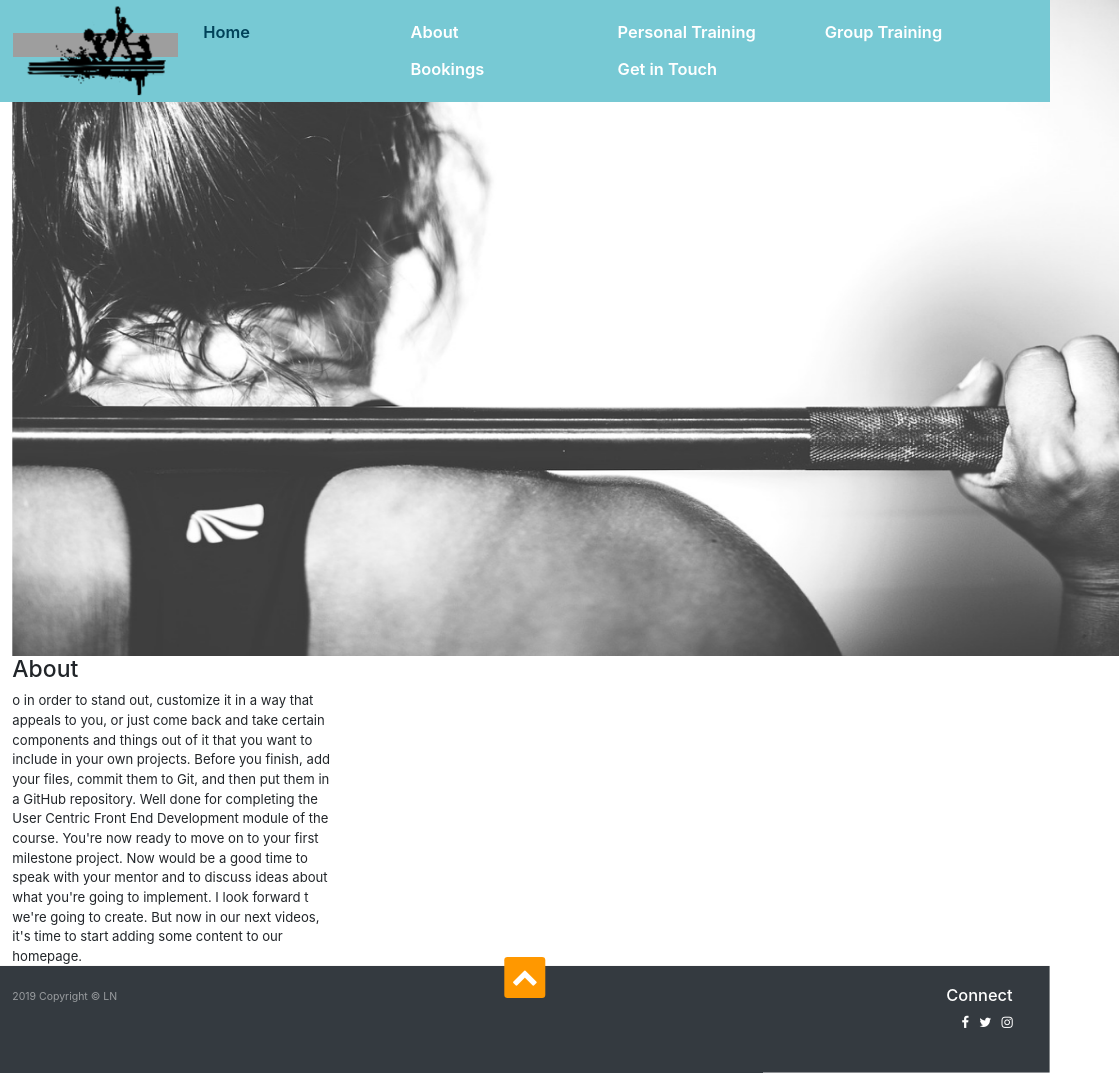
Repository: murphya14/Fitness-webpage
Page: index.html
The author's editor kept a record of every edit. The page is drawn from the files as they stood at one moment, then again after the next edit.
The browser window is 1280 px wide. The page is 1365 px wide, so the pictures cover 1365 px, including what lies to the right of the window. The pictures show the whole page, at 82% of full size.
Pictures or frames that could not be fetched are drawn as grey boxes.

Above is the page before.

### index.html
<!DOCTYPE html>
<html lang="en">

<head>
  <meta charset="UTF-8">
  <meta name="viewport" content="width=device-width, initial-scale=1.0">
  <meta http-equiv="X-UA-Compatible" content="ie=edge">
  <link rel="stylesheet" href="assets/css/style.css" />
  <link rel="stylesheet" href="https://stackpath.bootstrapcdn.com/bootstrap/4.3.1/css/bootstrap.min.css" <link rel="stylesheet" href="https://stackpath.bootstrapcdn.com/font-awesome/4.7.0/css/font-awesome.min.css" type="text/css" />
  <link rel="shortcut icon" type="image/x-icon" href="assets/favicon.ico">
  <link rel="stylesheet" href="https://cdnjs.cloudflare.com/ajax/libs/font-awesome/4.7.0/css/font-awesome.min.css">
  <title>Home</title>
</head>

<body>



  <header>
    <!-- Logo and Nav bar-->
    <!-- Used help from Stack overflow: https://stackoverflow.com/questions/23949804/how-to-change-link-color-bootstrap-->


    <nav class="navbar navbar-expand-lg navbar-custom  fixed-top navbar-light topnav">
      <div><a class="logo container-fluid" href="index.html">
          <img src="assets/images/logo.png" alt="">
        </a></div>


      <div>
        <div >
        <ul class="nav justify-content-center">

          <li class="nav-item col-3 col-sm-3">
            <a class="nav-link active " href="#">Home</a>
          </li>
          <li class="nav-item col-3 col-sm-3">
            <a class="nav-link" href="#">About</a>
          </li>
          <li class="nav-item col-3 col-sm-3 ">
            <a class="nav-link" href="#">Personal Training</a>
            <li class="nav-item col-3 col-sm-3">
              <a class="nav-link" href="#">Group Training</a>
            </li>
            <li class="nav-item col-3 col-sm-3">
              <a class="nav-link" href="#">Bookings</a>
            </li>
            <li class="nav-item col-3 col-sm-3">
              <a class="nav-link" href="#">Get in Touch</a>
            </li>
        </ul>
      </div>
</div>


      <select id="select">
    <option value="index.html" selected="selected">Home</div>
    <option value="about.html">About</option>
    <option value="training.html">Personal Training</option>
    <option value="group-training">Group Training</option>
    <option value="get-in-touch">Get in Touch</option>
  </select>

    </nav>


  </header>


  <div>
    <section class="section">
      <section class="container-fluid">

        <div class="row">
          <div class="col-12 main-image">
            <img src="assets/images/home-pic.jpg" alt="Woman holding barbell">
            <div class="image-text">LN Fitness</div>
          </div>
        </div>

        <div class="row">
          <div class="col-md-4">
            <h3 class="section-heading uppercase">About</h3>
            o in order to stand out, customize it in a way that appeals to you, or just come back and take certain components and things out of it that you want to include in your own projects. Before you finish, add your files, commit them to Git, and then put them
            in a GitHub repository. Well done for completing the User Centric Front End Development module of the course. You're now ready to move on to your first milestone project. Now would be a good time to speak with your mentor and to discuss ideas
            about what you're going to implement. I look forward t we're going to create. But now in our next videos, it's time to start adding some content to our homepage.
          </div>

        </div>
      </section>
  </div>







  <footer id="footer" class="container-fluid py-4 bg-dark text-white-50">
    <div class="row">

      <div class="col-sm-4 text-footer">
        <small>2019 Copyright &copy; LN</small></div>

      <div class="col-sm-4 "><a id="button"></a></div>


<div class="col-sm-4">


        <div class="footer-link">
          <h5 class="uppercase general-sub">Connect</h5>
          <ul class="list-inline social-links">
            <li class="list-inline-item">
              <a target="_blank" href="#">
                            <i class="fa fa-facebook" aria-hidden="true"></i>
                            <span class="sr-only">Facebook</span>
                        </a>
            </li>
            <li class="list-inline-item">
              <a target="_blank" href="#">
                            <i class="fa fa-twitter" aria-hidden="true"></i>
                            <span class="sr-only">Twitter</span>
                        </a>
            </li>


            <li class="list-inline-item">
              <a target="_blank" href="#">
                            <i class="fa fa-instagram" aria-hidden="true"></i>
                            <span class="sr-only">Instagram</span>
                        </a>
            </li>

          </ul>
        </div>

</div>

  </footer>


  <!--------------Back to top button created with help from https://www.templatemonster.com/blog/back-to-top-button-css-jquery/--->
  <script src="https://code.jquery.com/jquery-3.4.1.slim.min.js"></script>
  <script src="https://cdnjs.cloudflare.com/ajax/libs/popper.js/1.15.0/umd/popper.min.js"></script>
  <script src="https://stackpath.bootstrapcdn.com/bootstrap/4.3.1/js/bootstrap.min.js"></script>


  <script>
    jQuery(document).ready(function() {

      var btn = $('#button');

      $(window).scroll(function() {
        if ($(window).scrollTop() > 300) {
          btn.addClass('show');
        }
        else {
          btn.removeClass('show');
        }
      });

      btn.on('click', function(e) {
        e.preventDefault();
        $('html, body').animate({ scrollTop: 0 }, '300');
      });

    });
  </script>




</body>

</html>

### assets/css/style.css
/*----------------------------------------------- Colours*/

.nav-link {
    color: white;
}

.active {
    color: #014259 ;
}

.navbar {
    background-color: #77C9D4;

}


li a:hover {
    color: #f7ce3e;
}

/*--------------------------------------------- General*/

body {font-size: 17px;
    font-family: "arial", sans-serif;
}

.center {
  display: block;
  margin-left: auto;
  margin-right: auto;
  width: 50%;
}


.inline-block {
    display: inline-block;
}

.main-image {width:100%;
    height:100%;
    padding-left:0;
}

.image-text {
  position: absolute;
  top: 8px;
  right: 16px;
  z-index: 1000;
  color: blue;
}

/*--------------------------------------------- Nav bar*/

nav ul {
    padding: 8px;
    margin-right: 0;
    display: block;
    font-size: 20px;
    font-weight: 600;

}

.logo {
    position: static;
    background: url("../images/rosie.jpg");
    background-position: center;
    background-repeat: no-repeat;
    padding-top: 10px;
    padding-left: 10px;
    min-height: 100px;
    transition: all .5s ease-in-out;
    -moz-transition: all .5s ease-in-out;
    -webkit-transition: all .5s ease-in-out;
    height: 10%;
    width: 25%;
}

.header {
    position: fixed;
    top: 0;
    left: 0;
    right: 0;
    background-color: #e84610;
    padding: 15px 25px;
}

nav select {
    display: none;
    background-color: #77C9D4;
    color: white;
    border: 1px solid #778899;
   position: relative;
   cursor: pointer;
   top: 100%;
  left: 0;
  right: 0;
  z-index: 99;

}

#select {color: #f7ce3e;
    background-color:  #014259;
}

/*--------------------------------------------- footer*/

#button {
  text-align: center;
  display: inline-block;
  background-color: #FF9800;
  width: 50px;
  height: 50px;
  border-radius: 4px;
  bottom: 10px;
  right: 30px;
  transition: background-color .3s;
  z-index: 1000;
  position: relative;
   left: 50%;

     transform: translate(-50%,-50%);


}


#button:hover {
  cursor: pointer;
  background-color: #333;
}
#button:active {
  background-color: #555;
}

#button::after {
  content: "\f077";
  font-family: FontAwesome;
  font-weight: normal;
  font-style: normal;
  font-size: 2em;
  line-height: 50px;
  color: #fff;
}

.footer-link
{color: white;
text-align: right;

    float: none;
    padding-right: 30px;
    font-size:33;
    font-weight: 500;
  padding-bottom: 10px;
  left: 80%;
}

footer a {color:white;}

 footer  a:hover {
    color: #f7ce3e;
}

.text-footer {float: left;
padding-bottom: 5px;
text-align: left;

}

#footer { min-height: 120px;
    margin: 0;}



/*------------- Responsive design*/

/* Extra small devices (phones, 600px and down) */


@media only screen and (max-width: 600px) {

/*------------------------------------- Changing the menu to a select bar for smaller screens*/
  .topnav {display: none;
    }
    nav select {
        display: inline-block;
        width: 55%;
        height: 25%;
          border-radius: 4px;
        position: left;
    }
    .nav-item {
        display: none;
    }
    .logo {
        position: right;
        height: 80%;
    }
}






/* Small devices (portrait tablets and large phones, 600px and up) */

@media only screen and (min-width: 600px) {}

/* Medium devices (landscape tablets, 768px and up) */

@media only screen and (min-width: 768px) {
    ...
}

/* Large devices (laptops/desktops, 992px and up) */

@media only screen and (min-width: 992px) {
    ...
}

/* Extra large devices (large laptops and desktops, 1200px and up) */

@media only screen and (min-width: 1200px)
}

After the next edit:
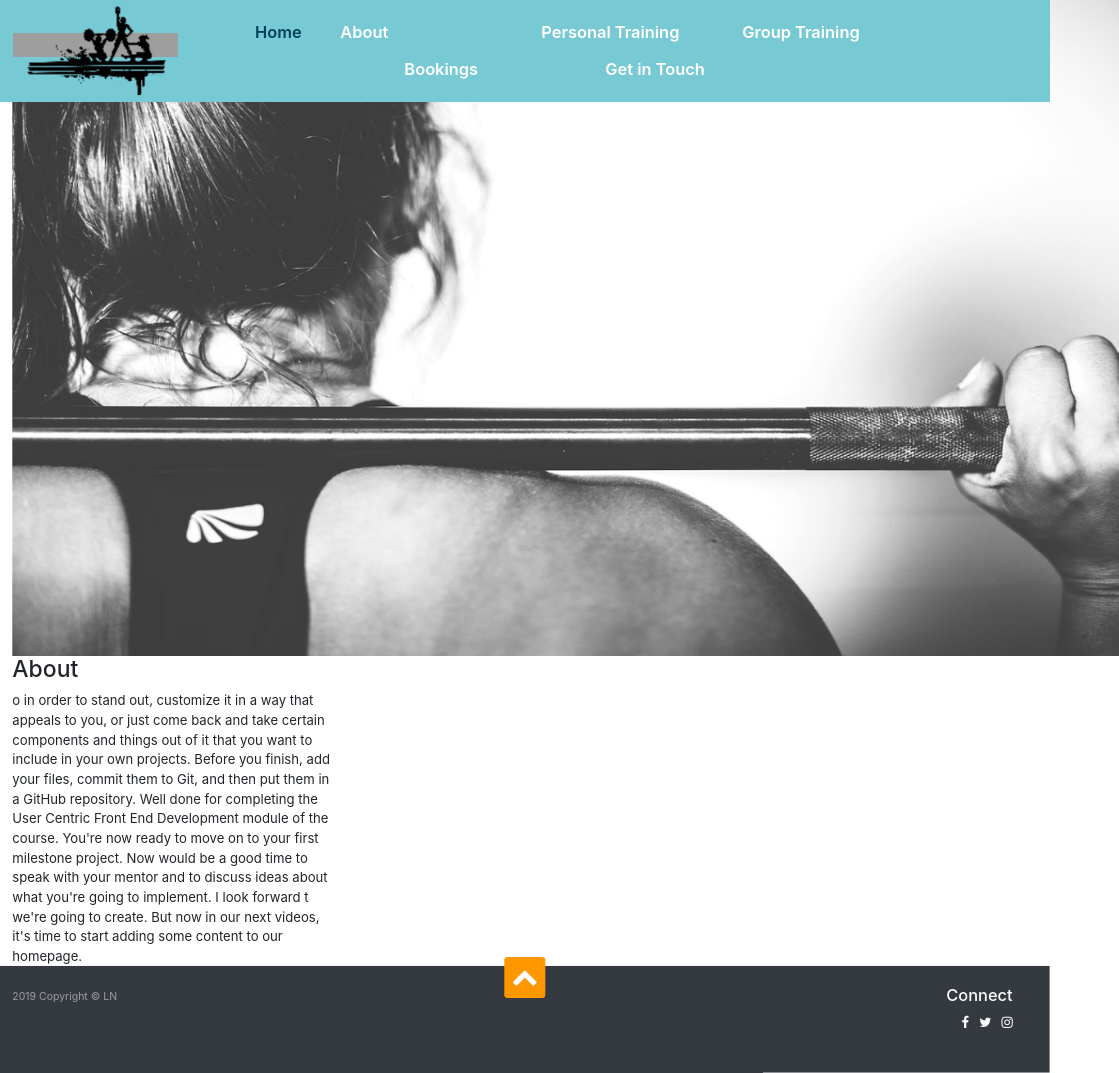
The edit:
--- a/index.html
+++ b/index.html
@@ -31,7 +31,7 @@
         <div >
         <ul class="nav justify-content-center">
 
-          <li class="nav-item col-3 col-sm-3">
+          <li class="nav-item">
             <a class="nav-link active " href="#">Home</a>
           </li>
           <li class="nav-item col-3 col-sm-3">
